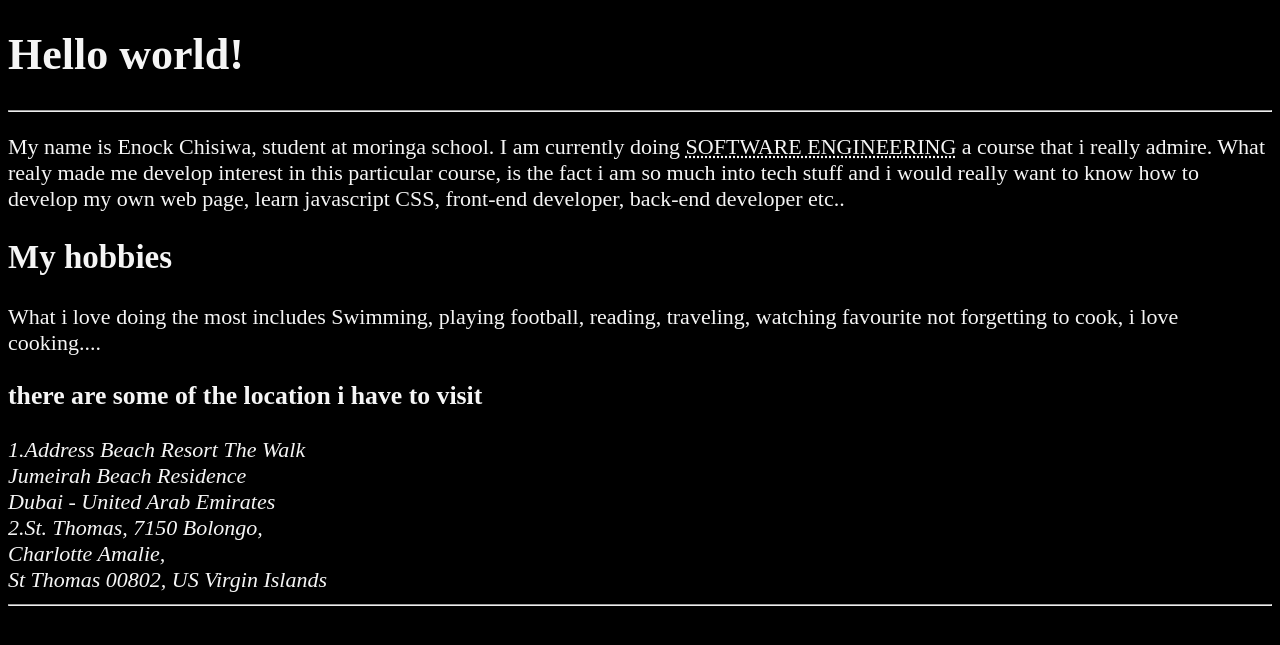
Repository: chiscobyte/README.md
Page: my project/index.html
An editor plug-in stored every save of this project. The page is shown before and after the next save, followed by the edit.
The browser window is 1280 px wide. The pictures show the whole page.

Above is the page before, as saved 2025-02-22 19:23:06.

### my project/index.html
<!DOCTYPE html>
<html lang="en">
<head>
    <meta charset="UTF-8">
    <meta name="Author" content="Enock Chisiwa">
    <title>Chisiwa web</title>
    <style>
        html {font-size: 22px
        }

        body {
            background-color: black;
            color: whitesmoke;
        }
    </style>
</head>
<body>
    <h1>Hello world!</h1>

    <hr>

    <p>My name is Enock Chisiwa, student at moringa school. I am currently doing <abbr title="">SOFTWARE ENGINEERING</abbr> a course that i really admire. What realy made me develop interest in this particular course, is
    the fact i am so much into tech stuff and i would really want to know how to develop my own web page,
    learn javascript CSS, front-end developer, back-end developer etc..</p>

    <h2>My hobbies</h2>
   <p>What i love doing the most includes Swimming, playing football, reading, traveling, watching favourite
      not forgetting to cook, i love cooking....</p>

    <h3>there are some of the location i have to visit </h3>
         <address>1.Address Beach Resort The Walk
                <br>Jumeirah Beach Residence
                <br>Dubai - United Arab Emirates

             <br> 2.St. Thomas, 7150 Bolongo,
                <br>Charlotte Amalie,
                <br>St Thomas 00802, US Virgin Islands</address>

<hr>



</body>
</html>

After the next save:
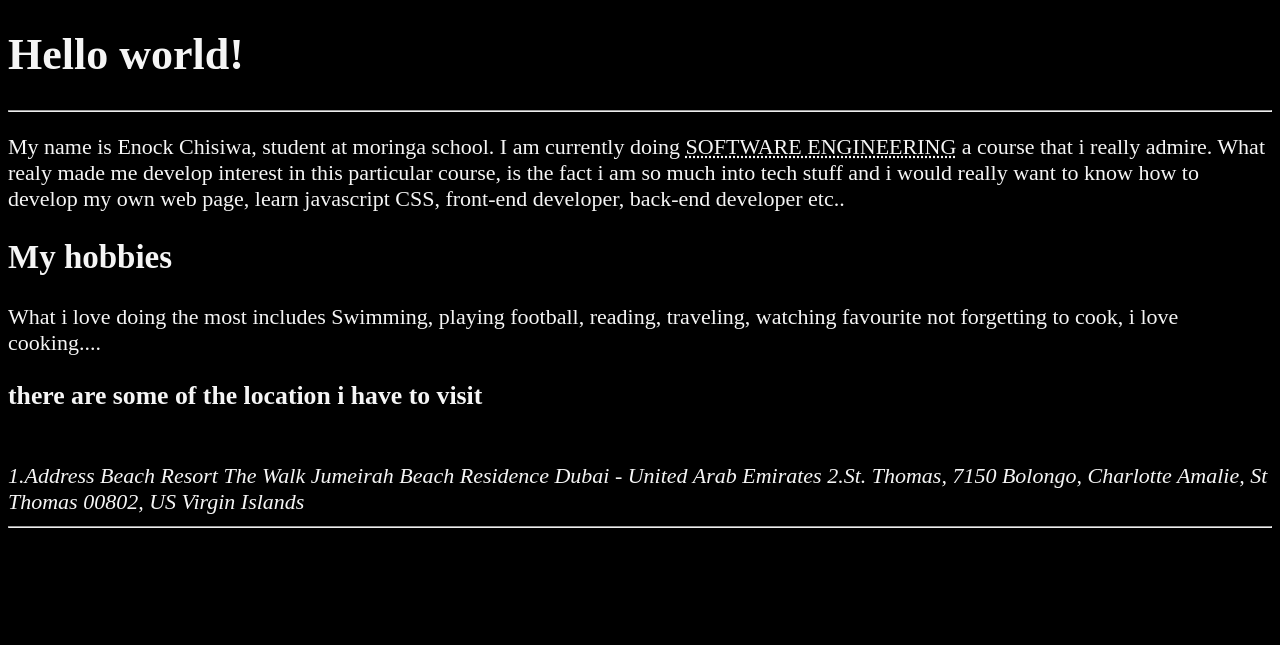
Saved 76 s later.
--- a/my project/index.html
+++ b/my project/index.html
@@ -28,13 +28,13 @@
       not forgetting to cook, i love cooking....</p>
 
     <h3>there are some of the location i have to visit </h3>
-         <address>1.Address Beach Resort The Walk
-                <br>Jumeirah Beach Residence
-                <br>Dubai - United Arab Emirates
+       <br>  <address>1.Address Beach Resort The Walk
+                    Jumeirah Beach Residence
+                    Dubai - United Arab Emirates
 
-             <br> 2.St. Thomas, 7150 Bolongo,
-                <br>Charlotte Amalie,
-                <br>St Thomas 00802, US Virgin Islands</address>
+                  2.St. Thomas, 7150 Bolongo,
+                    Charlotte Amalie,
+                    St Thomas 00802, US Virgin Islands</address>
 
 <hr>
 
